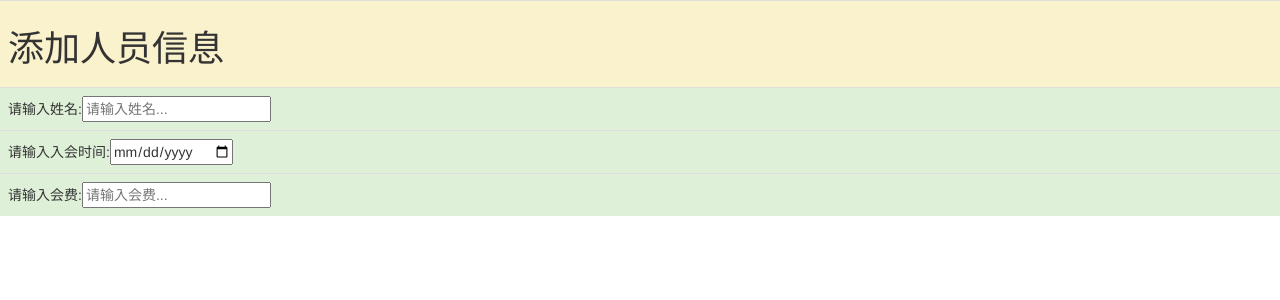
Repository: HelloChuang/HelloChuang-EclipseWorkSpace
Page: http://localhost/RetestSpringMVC_1/user_add.jsp
These files come from the project's save history. The page is drawn as it stood at one moment and after the next save; the edit follows.
The browser window is 1280 px wide. The pictures show the whole page.
The page is served by Tomcat 9. Nobody is signed in. The application's start-up code is not run. Other server files are loaded and not shown.

Above is the page before, as saved 2018-11-04 11:40:12.

### EclipseWorkSpace/RetestSpringMVC_1/src/main/webapp/user_add.jsp
<%@ page language="java" contentType="text/html; charset=UTF-8"
    pageEncoding="UTF-8"%>
<!DOCTYPE html>
<html>
<head>
<meta http-equiv="Content-Type" content="text/html; charset=UTF-8">
<link rel="stylesheet"type="text/css" href="${pageContext.request.contextPath}/css/bootstrap.min.css"/>
<script type="text/javascript" src="${pageContext.request.contextPath}/js/jquery-1.9.1.js"></script>
<script type="text/javascript" src="${pageContext.request.contextPath}/js/bootstrap.min.js"></script>



<link rel="stylesheet" type="text/css" href="${pageContext.request.contextPath}/css/bootstrap.min.css">
<script type="text/javascript" href="${pageContext.request.contextPath}/js/jquery-1.9.1.js"></script>
<script type="text/javascript" href="${pageContext.request.contextPath}/js/bootstrap.min.js"></script>
<title>添加人员</title>
</head>
<body>
		<form action="userAdd" method="post">
			<table class="table table-hover">
				<tr class="warning"><td><h1>添加人员信息</h1></td></tr>
				<tr class="success">
				<td>请输入姓名:<input type="text" name="uname" required placeholder="请输入姓名..."/></td>
				</tr>
				<tr class="success">
				<td>请输入入会时间:<input type="date" name="uname" required placeholder="请输入入会时间..."/></td>
				</tr>
				<tr class="success">
				<td>请输入会费:<input type="number" name="uname" required placeholder="请输入会费..."/></td>
				</tr>
			</table>
		</form>
</body>
</html>

Loaded but not shown: EclipseWorkSpace/RetestSpringMVC_1/src/main/webapp/css/bootstrap.min.css (library); EclipseWorkSpace/RetestSpringMVC_1/src/main/webapp/js/jquery-1.9.1.js (library); EclipseWorkSpace/RetestSpringMVC_1/src/main/webapp/js/bootstrap.min.js (library)

After the next save:
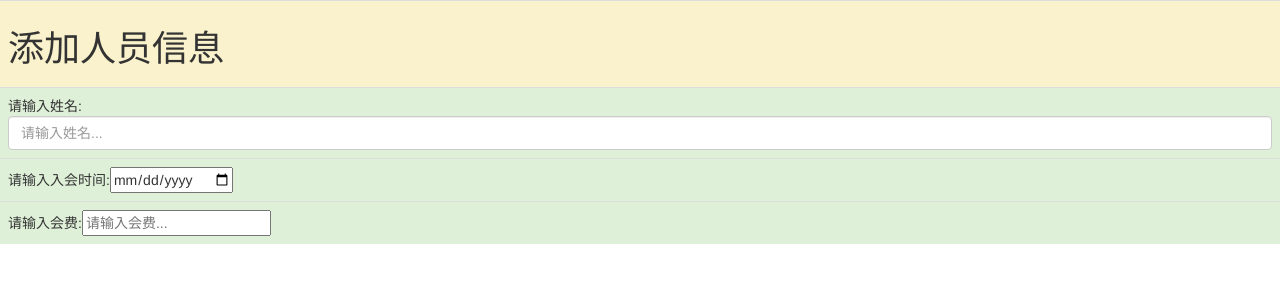
Saved 31 s later.
--- a/EclipseWorkSpace/RetestSpringMVC_1/src/main/webapp/user_add.jsp
+++ b/EclipseWorkSpace/RetestSpringMVC_1/src/main/webapp/user_add.jsp
@@ -20,7 +20,7 @@
 			<table class="table table-hover">
 				<tr class="warning"><td><h1>添加人员信息</h1></td></tr>
 				<tr class="success">
-				<td>请输入姓名:<input type="text" name="uname" required placeholder="请输入姓名..."/></td>
+				<td>请输入姓名:<input class="form-control" type="text" name="uname" required placeholder="请输入姓名..."/></td>
 				</tr>
 				<tr class="success">
 				<td>请输入入会时间:<input type="date" name="uname" required placeholder="请输入入会时间..."/></td>
